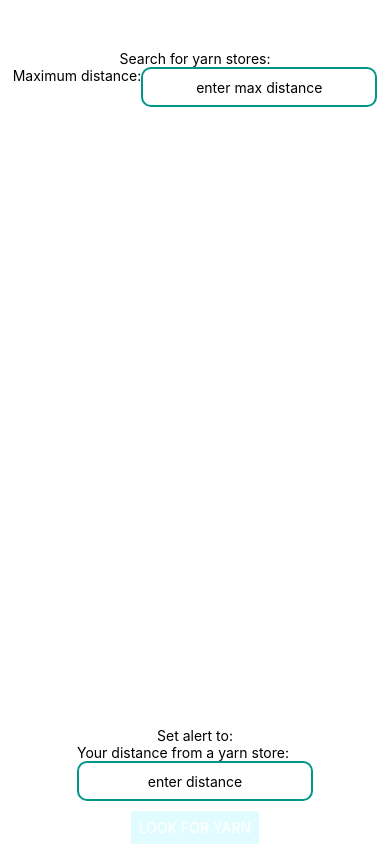
Repository: anuslorah/StashEnhancer
Screen: / (app in StashEnhancer1/)
These files come from the project's save history. The screen is drawn as it stood at one moment and after the next save; the edit follows.
The app was drawn by React Native's web renderer in a window 390 px wide. The project was rebuilt for these pictures with package versions that can differ from the ones it lists, and the page was loaded fresh each time.

Above is the screen before, as saved 2019-06-27 18:16:57.

### StashEnhancer1/App.js
import React from 'react';
import { StyleSheet, Text, TextInput, Button, View } from 'react-native';

export default function App() {
  return (
    <View style={styles.container}>
      <Text>Search for yarn stores:</Text>
      <View style={styles.row}>
        <Text>Maximum distance:</Text>
        <TextInput
            placeholder="enter max distance"
            underlineColorAndroid='transparent'
            style={styles.TextInputStyle}
            keyboardType={'numeric'}></TextInput>
      </View>
      <Text>Set alert to:</Text>
      <View>
        <Text>Your distance from a yarn store:</Text>
        <TextInput
            placeholder="enter distance"
            underlineColorAndroid='transparent'
            style={styles.TextInputStyle}
            keyboardType={'numeric'}></TextInput>
      </View>
      <Button
        // onPress={onPressLearnMore}
        title="look for yarn"
        color="#e1fcff"
        accessibilityLabel="search for yarn stores"
      />
    </View>
  );
}

const styles = StyleSheet.create({
  container: {
    flex: 1,
    backgroundColor: '#fff',
    alignItems: 'center',
    justifyContent: 'center',
    marginTop: 50
  },
  TextInputStyle: {
    textAlign: 'center',
    height: 40,
    borderRadius: 10,
    borderWidth: 2,
    borderColor: '#009688',
    marginBottom: 10,
    padding: 7
  },
  row: {
    flex: 1,
    flexDirection: 'row',
    justifyContent: 'space-between',
    marginBottom: 10
  },
  box: {
    flex: 1,
    height: 100,
    backgroundColor: '#333',
  },
});

After the next save:
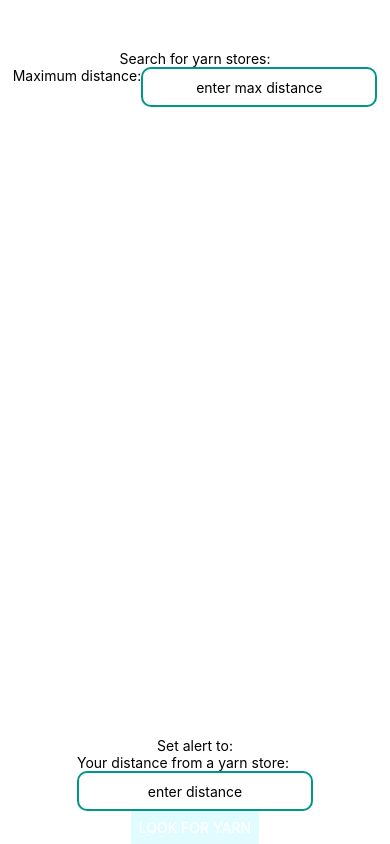
Saved 44 s later.
--- a/StashEnhancer1/App.js
+++ b/StashEnhancer1/App.js
@@ -46,14 +46,13 @@ const styles = StyleSheet.create({
     borderRadius: 10,
     borderWidth: 2,
     borderColor: '#009688',
-    marginBottom: 10,
     padding: 7
   },
   row: {
     flex: 1,
     flexDirection: 'row',
     justifyContent: 'space-between',
-    marginBottom: 10
+    marginBottom: 5
   },
   box: {
     flex: 1,
